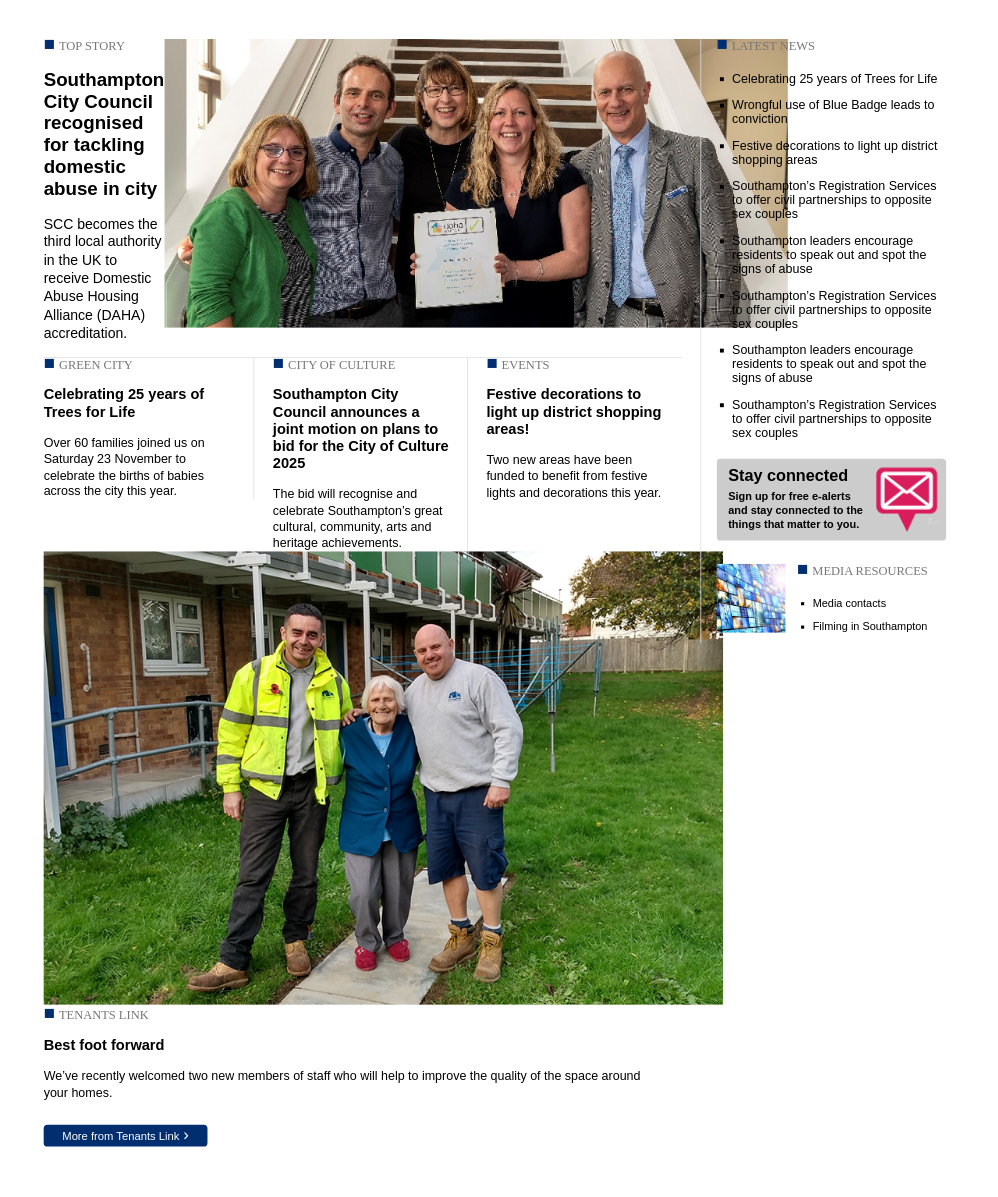
Repository: Domehead123/newspage
Page: news.html
The author's editor kept a record of every edit. The page is drawn from the files as they stood at one moment, then again after the next edit.
The browser window is 1280 px wide. The pictures show the whole page, at 78% of full size.
Some web libraries are served in a nearby version.

Above is the page before.

### news.html
<!DOCTYPE html>
<html lang="en">

<head>
    <meta charset="UTF-8">
    <meta name="viewport" content="width=device-width, initial-scale=1.0">
    <meta http-equiv="X-UA-Compatible" content="ie=edge">
    <script src="https://ajax.googleapis.com/ajax/libs/jquery/3.4.1/jquery.min.js"></script>

    <script src="https://kit.fontawesome.com/aae406265c.js" crossorigin="anonymous"></script>

    <link rel="stylesheet" href="news.css" type="text/css" />
    <title>News & Events</title>
</head>

<body>
    <div class="page-width">

        <div class="split-page">
            <div class="top-row">
                <div class="top-story">

                    <div class="subject-header">TOP STORY</div>


                    <h2><a href="#">
Southampton City Council recognised for tackling domestic abuse in city</a></h2>
                    <p><a href="#">SCC becomes the third local authority in the UK to receive Domestic Abuse Housing Alliance (DAHA) accreditation.</a></p>
                </div>

                <div class="top-story-image">
                    <img src="images/DAHA.jpg">
                </div>
            </div>


            <div class="row">
                <div class="topic right-border">
                    <div class="subject-header ">GREEN CITY</div>

                    <h3><a href="#">
Celebrating 25 years of Trees for Life
 </a></h3>
                    <p><a href="#">Over 60 families joined us on Saturday 23 November to celebrate the births of babies across the city this year.</a></p>
                </div>
                <div class="topic right-border">
                    <div class="subject-header">CITY OF CULTURE</div>

                    <h3><a href="#">Southampton City Council announces a joint motion on plans to bid for the City of Culture 2025</a></h3>
                    <p><a href="#">The bid will recognise and celebrate Southampton’s great cultural, community, arts and heritage achievements.</a></p>
                </div>

                <div class="topic">
                    <div class="subject-header ">EVENTS</div>

                    <h3><a href="#">
Festive decorations to light up district shopping areas!
 </a></h3>
                    <p><a href="#">Two new areas have been funded to benefit from festive lights and decorations this year.</a></p>

                </div>

            </div>




            <div class="row">
                <div class="lower-image">
                    <a href="#"><img src="images/tenants.jpg"></a>
                </div>
                <div class="tenants-container">
                    <div class="tenants">

                        <div class="subject-header ">TENANTS LINK</div>

                        <h3><a href="#">Best foot forward</a></h3>
                        <p><a href="#">We’ve recently welcomed two new members of staff who will help to improve the quality of the space around your homes. </a></p>

                    </div>
                    <p class="more"><a href="#">More from Tenants Link</a></p>
                </div>




            </div>




        </div>

        <div class="side-panel">

            <div class="latest-news">
                <div class="subject-header">LATEST NEWS</div>

                <ul>
                    <li><a href="#">Celebrating 25 years of Trees for Life</a></li>
                    <li><a href="#">Wrongful use of Blue Badge leads to conviction</a></li>
                    <li><a href="#">Festive decorations to light up district shopping areas</li>
                    <li><a href="#">Southampton’s Registration Services to offer civil partnerships to opposite sex couples</a></li>
                    <li><a href="#">Southampton leaders encourage residents to speak out and spot the signs of abuse</a></li>
                    <li><a href="#">Southampton’s Registration Services to offer civil partnerships to opposite sex couples</a></li>
                    <li><a href="#">Southampton leaders encourage residents to speak out and spot the signs of abuse</a></li>
                    <li><a href="#">Southampton’s Registration Services to offer civil partnerships to opposite sex couples</a></li>
                </ul>
            </div>
            <div class="connected">

                <a href="#"><img src="images/connected.png"></a>
                <h2><a href="#">Stay connected</a></h2>

                <p><a href="#">Sign up for free e-alerts and stay connected to the things that matter to you.</a></p>
            </div>

            <div class="media">
                <div class="media-image">
                    <img src="images/media2.jpg">
                </div>


                <div class="media-text">
                    <div class="subject-header ">MEDIA RESOURCES</div>

                    <ul>
                        <li><a href="# ">Media contacts</a></li>
                        <li><a href="# ">Filming in Southampton</a></li>

                    </ul>
                </div>

            </div>






        </div>






</body>

</html>

### news.css
/* REMOVE LEFT-HAND NAV */

.sidebar__content {
    display: none !important;
}

.page-body {
    left: 0 !important;
    width: 100% !important;
    font-size: 20px;
}

.page-width {
    max-width: 1168px;
    margin: 50px auto;
    padding: 0 25px;
}


/* GENERAL STYLING AND LINKS */

h2,
h3,
h4,
li,
p {
    font-family: "franklin-gothic-urw", sans-serif;
}


p {
    font-size: 18px;
    line-height: 130%;
}


a {
    color: #000;
    text-decoration: none;
    transition: 0.4s all;
}

.centre {
    margin: 0 auto;
}


.topic:hover a,
.top-story:hover a,
.tenants:hover a,
.latest-news a:hover,
.connected:hover a,
.more a:hover,
.media a:hover {
    text-decoration: underline;
}

.subject-header {
    color: #777;
}

.subject-header:before {
    content: "\25A0";
    line-height: 0;
    font-size: 1.5em;
    color: #002e6f;
    margin-right: 5px;
}

/* MAIN CONTENT */

.split-page {
    display: inline-block;
    vertical-align: top;
    width: 70%;
}


.split-page .latest-news {
    padding: 25px 0;
    display: none;
    border-bottom: 1px solid #ddd;
    margin-bottom: 0;
}

.top-row {
    display: flex;
    border-bottom: 1px solid #ddd;
}

.middle-row {
    clear: both;
    display: flex;
    flex-wrap: wrap;
    border-bottom: 1px solid #ddd;
    padding: 25px 0 20px 0;
}

.bottom-row {
    clear: both;
    display: flex;
    padding: 25px 0;
}

.top-story {
    margin: 0;
    box-sizing: border-box;
}

.top-story::after {
    content: "";
    clear: both;
    display: table;
}


.top-large-pic {
    display: block;
    margin: 0 0 20px 20px;
    height: 200px;
    float: right;
}

.top-small-pic {
    display: none;
    float: right;
    margin: 0 0 20px 20px;
    height: 100px;
}

.topic {
    width: 33%;
    padding: 0 20px;
    box-sizing: border-box;
    display: inline-block;
    vertical-align: top;
}

.right-border {}

.topic p {
    font-size: 16px;
    margin-bottom: 0;
}

.tenants p {
    font-size: 16px;
}

.topic:nth-child(1) {
    padding: 0 20px 0 0;
    border-right: 1px solid #ddd;
}

.topic:nth-child(2) {
    border-right: 1px solid #ddd;
}

.lower-stories {
    border-right: 1px solid #ddd;
}

.bottom-large-pic {
    height: 200px;
    margin-right: 20px;
    float: left;
}

.bottom-small-pic {
    display: none;
    float: right;
    margin: 0 0 20px 20px;
    height: 100px;
}

.tenants-container {
    margin-right: 20px;
    box-sizing: border-box;
    display: inline-block;
    vertical-align: top;
}

.more {
    font-size: 0.9em;
    background: #002e6f;
    width: 200px;
    padding: 5px;
    text-align: center;
    border-radius: 5px;
}

.tenants-container .more {
    float: left;
}

.more a {
    color: #fff;
}

.more::after {
    content: "\203A";
    color: #fff;
    font-size: 1.5em;
    line-height: 0;
    margin-left: 5px;
    position: relative;
    top: 1px;
}



/* SIDE PANEL */

.side-panel {
    display: inline-block;
    vertical-align: top;
    width: 27%;
    margin-left: 20px;
    border-left: 1px solid #ddd;
    padding-left: 20px;
    box-sizing: border-box;
}

.latest-news {
    margin-bottom: 1.5em;
}

.latest-news ul,
.media ul {
    padding: 0 0 0 20px;
    margin-top: 1.5em;
}

.latest-news ul li,
.media ul li {
    margin: 0 0 1em 0;
    font-size: 16px;
    list-style-type: square;
}

.extras {
    display: flex;
    flex-wrap: wrap;
}


.connected {
    background: #ccc;
    padding: 10px 10px 10px 15px;
    border-radius: 5px;
    margin-bottom: 30px;
    width: 100%;
    box-sizing: border-box;
}

.connected img {
    float: right;
    height: 85px;
    margin-left: 10px;
}

.connected h2 {
    font-size: 1.3em;
    margin: 0 0 5px 0;
}

.connected p {
    font-size: 14px;
    font-weight: bold;
    margin: 0;
}


.connected::after {
    content: "";
    clear: both;
    display: table;
}

.media {
    width: 100%;

}

.media img {
    float: left;
    width: 30%;
    margin-right: 15px;
}

.media ul {
    padding: 0 0 0 20px;
    margin-top: 1.5em;
    margin-bottom: 0;
    display: inline-block;
    box-sizing: border-box;
    width: 60%;
}

.media ul li {
    margin: 0 0 1em 0;
    list-style-type: square;
    font-size: 14px;
}

.extras {
    display: flex;
}


@media only screen and (max-width: 1000px) {
@media only screen and (max-width: 1150px) {
    .top-story-video {
        width: 100%;
    }



}
    .split-page {
        width: 100%;
    }

    .side-panel {
        width: 100%;
        border-left: 0;
        margin: 0;
        padding: 0;
    }

    .split-page .latest-news {
        display: block
    }

    .side-panel .latest-news {
        display: none;
    }

    .connected {
        width: 45%;
        margin-right: 25px;
        margin-bottom: 0;
    }

    .media {
        width: 45%;
        border: 1px solid #ddd;
        padding: 15px;
        border-radius: 5px;
        box-sizing: content-box;
    }

}


@media only screen and (max-width: 750px) {
    .top-large-pic {
        display: none;
    }

    .top-small-pic {
        display: block;
    }

    .bottom-large-pic {
        display: none;
    }

    .bottom-small-pic {
        display: block;
    }

    .tenants-container {
        margin-right: 0;
    }

    .tenants-container .more {
        float: none;
        margin: 10px auto;
        clear: both;
    }

}


@media only screen and (max-width: 660px) {
    .connected {
        width: 100%;
        margin-right: 0;
        margin-bottom: 25px;
    }

    .media {
        width: 100%;
    }

    .media img {
        height: 100px;
        width: auto;
    }



}


@media only screen and (max-width: 600px) {
    .topic {
        width: 100%;
    }

    .topic:nth-child(1) {
        padding: 0 0 25px 0;
        border-right: 0;
        border-bottom: 1px solid #ddd;
    }

    .topic:nth-child(2) {
        padding: 25px 0;
        border-right: 0;
        border-bottom: 1px solid #ddd;
    }

    .topic:nth-child(3) {
        padding: 25px 0 0 0;
    }


}



@media only screen and (max-width: 450px) {

    .top-small-pic,
    .bottom-small-pic {
        height: auto;
        width: 100%;
    }
}



@media only screen and (max-width: 400px) {

    .media img {
        display: none;
    }
}

After the next edit:
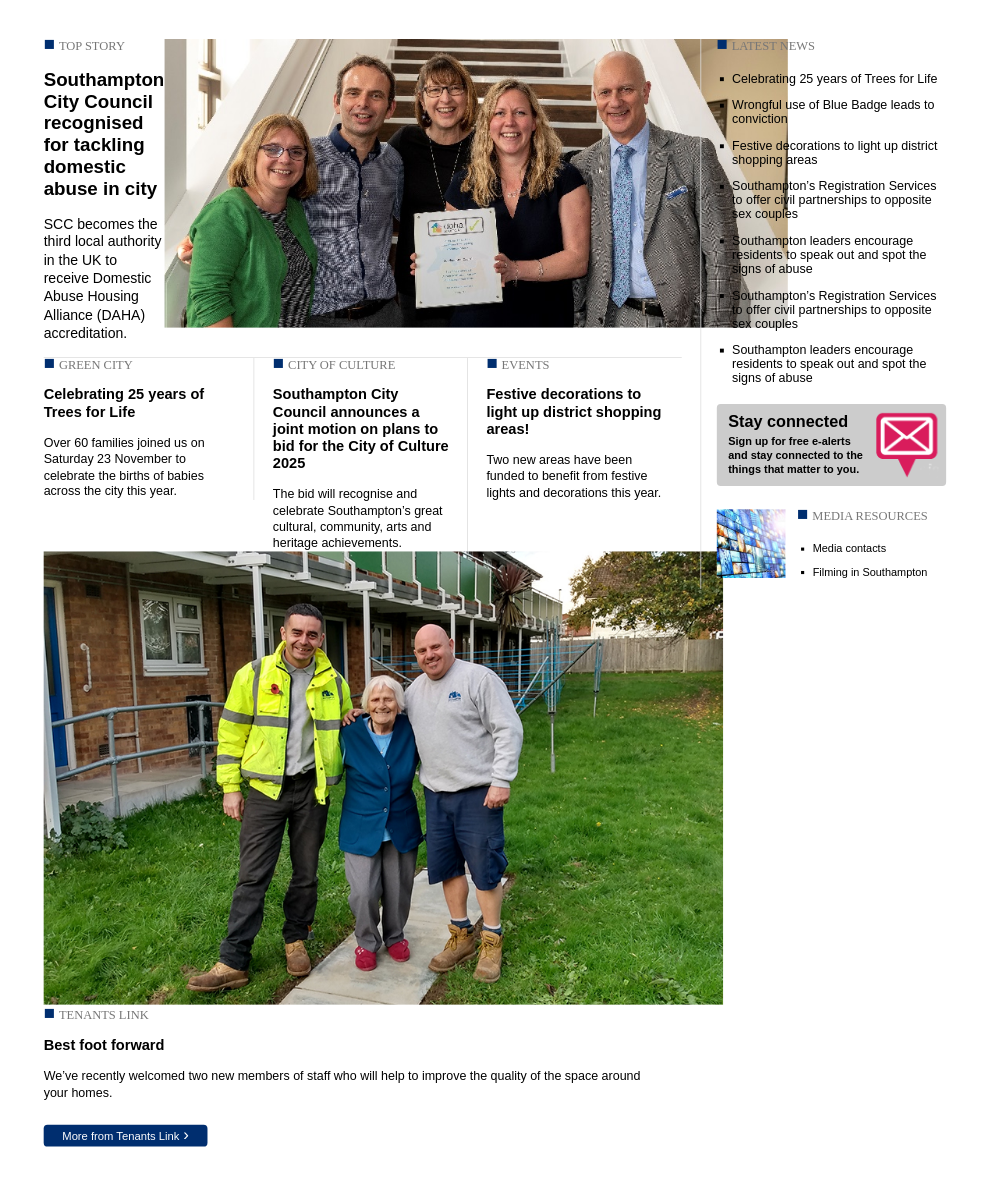
The edit:
--- a/news.html
+++ b/news.html
@@ -104,7 +104,7 @@
                     <li><a href="#">Southampton leaders encourage residents to speak out and spot the signs of abuse</a></li>
                     <li><a href="#">Southampton’s Registration Services to offer civil partnerships to opposite sex couples</a></li>
                     <li><a href="#">Southampton leaders encourage residents to speak out and spot the signs of abuse</a></li>
-                    <li><a href="#">Southampton’s Registration Services to offer civil partnerships to opposite sex couples</a></li>
+
                 </ul>
             </div>
             <div class="connected">
